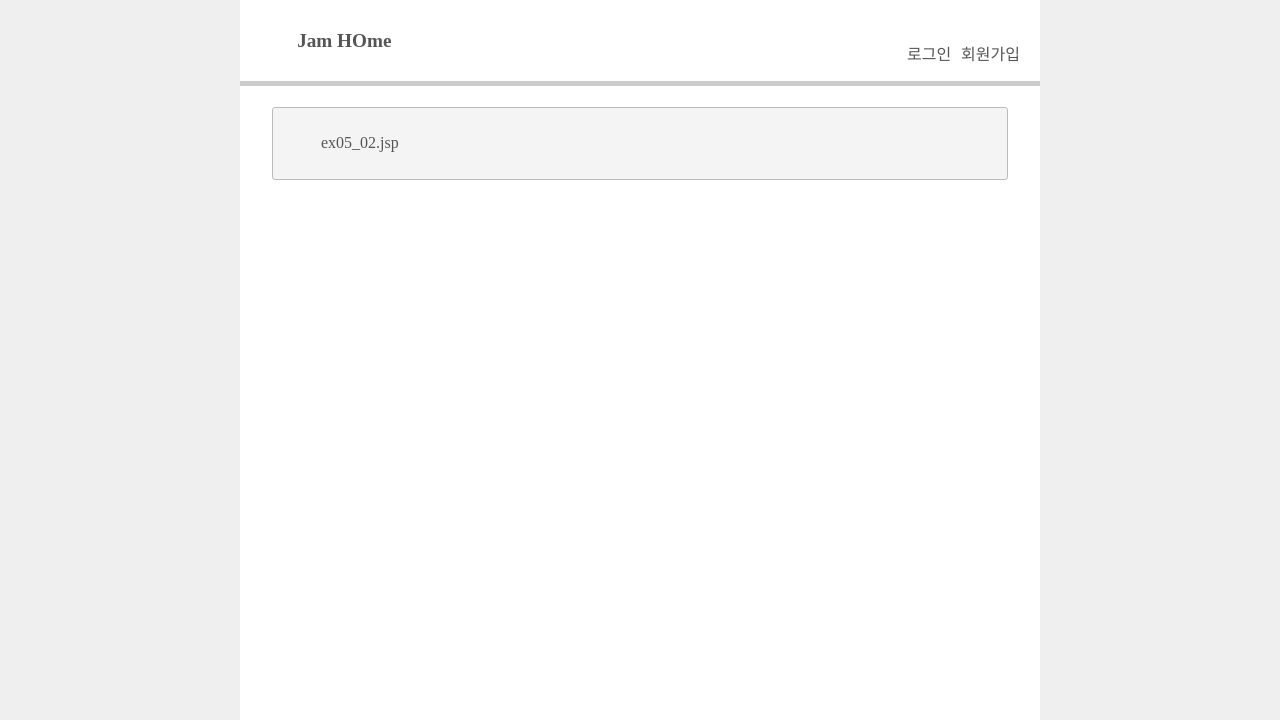
Repository: woals5636/JSPClass
Page: http://localhost/jspPro/days06/ex05_02.jsp
An editor plug-in stored every save of this project. The page is shown before and after the next save, followed by the edit.
The browser window is 1280 px wide. The pictures show the whole page.
Some web fonts or font styles are not loaded; a fallback is used. The page is served by Tomcat 9.

Above is the page before, as saved 2024-10-22 05:42:41.

After the next save:
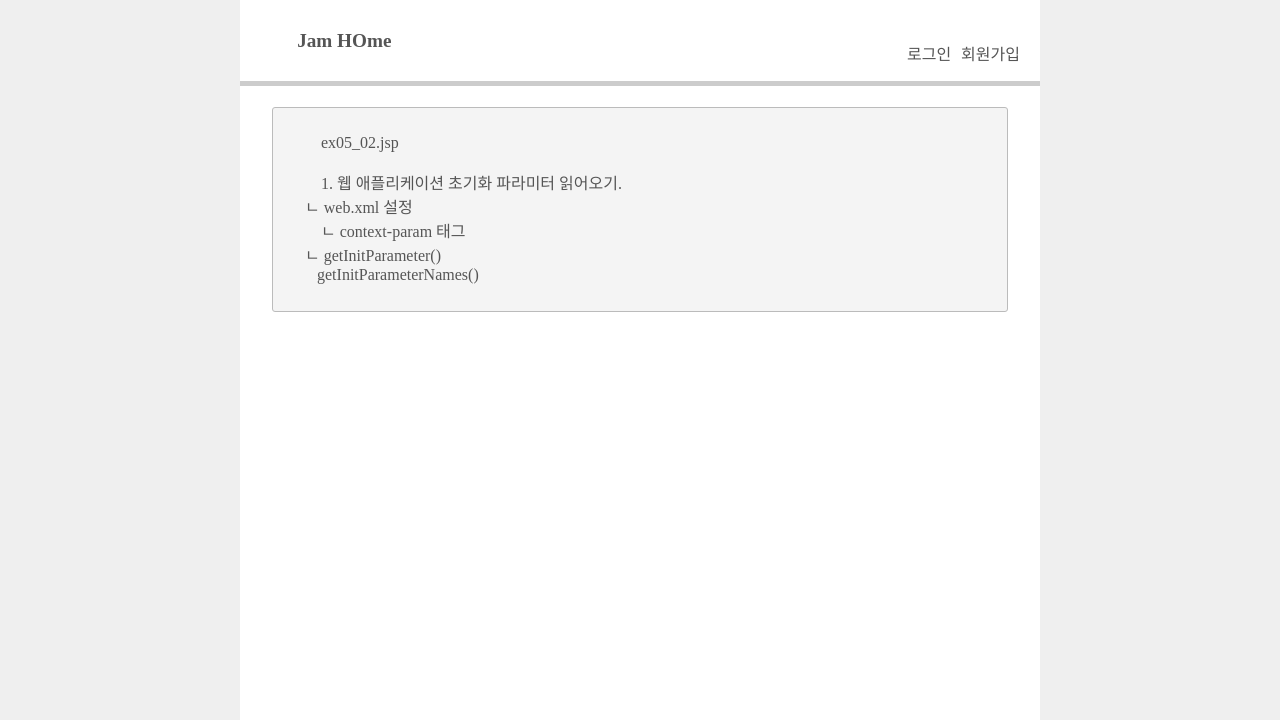
Saved 4 min 56 s later.
--- a/jspPro/src/main/webapp/days06/ex05_02.jsp
+++ b/jspPro/src/main/webapp/days06/ex05_02.jsp
@@ -29,6 +29,12 @@
 <div>
   <xmp class="code">
   	ex05_02.jsp
+
+  	1. 웹 애플리케이션 초기화 파라미터 읽어오기.
+    ㄴ web.xml 설정
+        ㄴ context-param 태그
+    ㄴ getInitParameter()
+       getInitParameterNames()
   </xmp>
 </div>
 </body>
